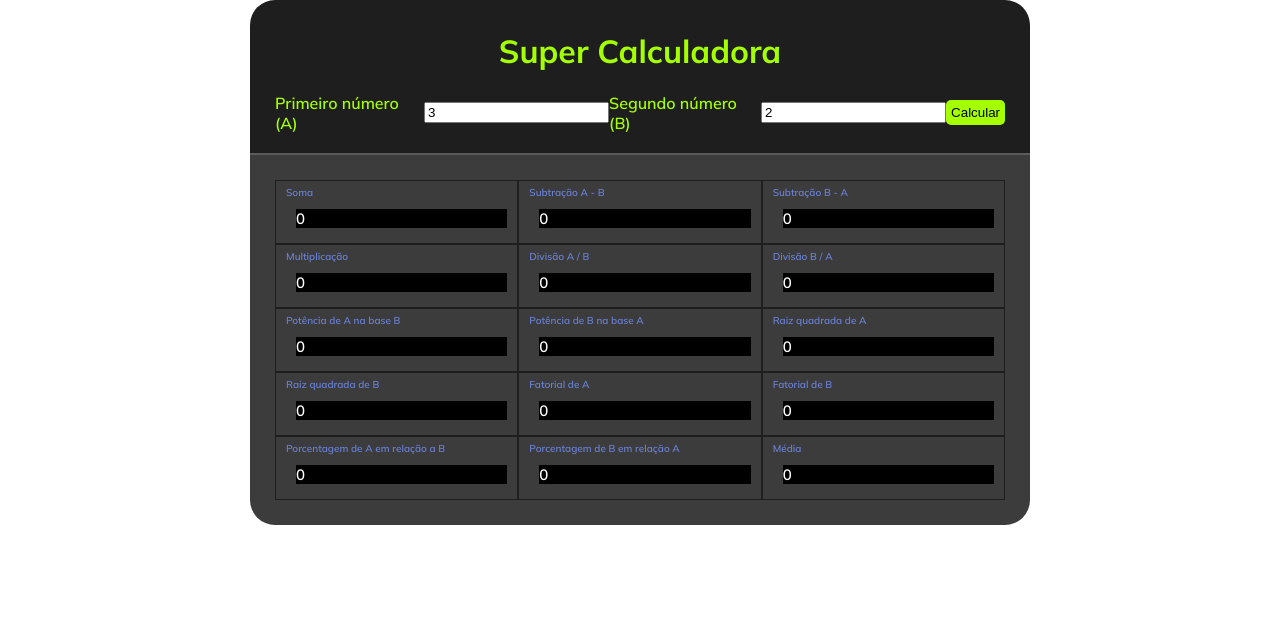
Repository: rrresck/supercalc-xpe
Page: index.html
These files come from the project's save history. The page is drawn as it stood at one moment and after the next save; the edit follows.
The browser window is 1280 px wide. The pictures show the whole page.

Above is the page before, as saved 2023-02-10 21:12:44.

After the next save:
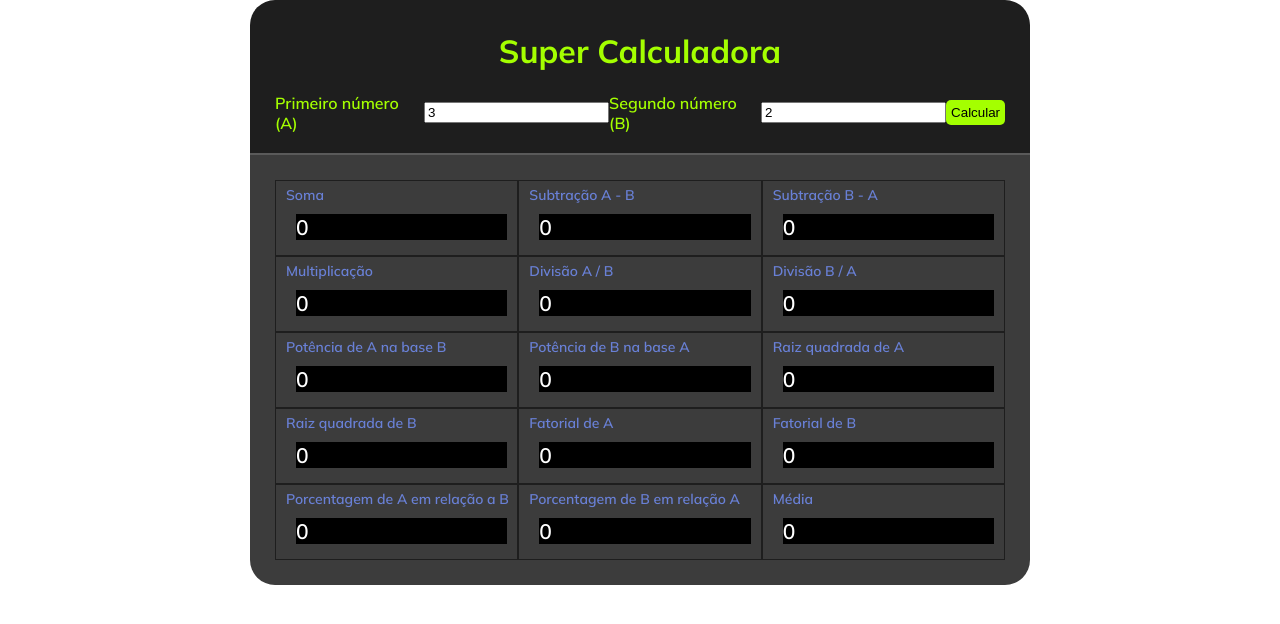
Saved 7 s later.
--- a/styles.css
+++ b/styles.css
@@ -61,7 +61,7 @@ p {
     width: 320px;
     border: 1px solid rgb(30, 30, 30);
     padding: 5px 0 5px 10px;
-    font-size: 10px;
+    font-size: 14px;
 }
 
 .result {
